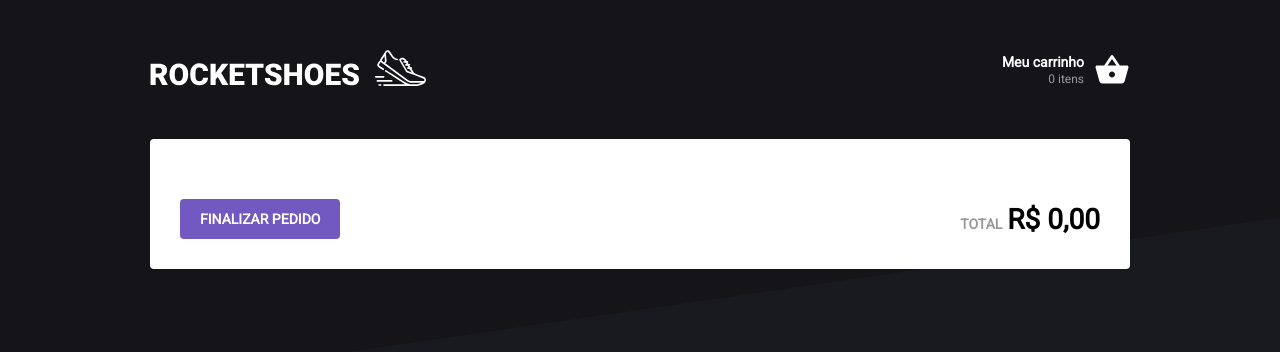
Repository: getbrandao/desafio01-hook
Page: /cart
An editor plug-in stored every save of this project. The page is shown before and after the next save, followed by the edit.
The browser window is 1280 px wide. The pictures show the whole page.
The project was rebuilt for these pictures with package versions that can differ from the ones it lists, and the page was loaded fresh each time. Also part of the build but not shown: src/pages/Home/styles.ts, src/pages/Home/index.tsx.

Above is the page before, as saved 2021-12-04 11:47:09.

### src/components/Header/index.tsx
import React from 'react';
import { Link } from 'react-router-dom';
import { MdShoppingBasket } from 'react-icons/md';

import logo from '../../assets/images/logo.svg';
import { Container, Cart } from './styles';
import { useCart } from '../../hooks/useCart';

const Header = (): JSX.Element => {
  const { cart } = useCart();
  const cartSize = cart.length;

  return (
    <Container>
      <Link to="/">
        <img src={logo} alt="Rocketshoes" />
      </Link>

      <Cart to="/cart">
        <div>
          <strong>Meu carrinho</strong>
          <span data-testid="cart-size">
            {cartSize === 1 ? `${cartSize} item` : `${cartSize} itens`}
          </span>
        </div>
        <MdShoppingBasket size={36} color="#FFF" />
      </Cart>
    </Container>
  );
};

export default Header;

### src/hooks/useCart.tsx
import { createContext, ReactNode, useContext, useState } from 'react';
import { toast } from 'react-toastify';
import { api } from '../services/api';
import { Product, Stock } from '../types';

interface CartProviderProps {
  children: ReactNode;
}

interface UpdateProductAmount {
  productId: number;
  amount: number;
}

interface CartContextData {
  cart: Product[];
  addProduct: (productId: number) => Promise<void>;
  removeProduct: (productId: number) => void;
  updateProductAmount: ({ productId, amount }: UpdateProductAmount) => void;
}

const CartContext = createContext<CartContextData>({} as CartContextData);

export function CartProvider({ children }: CartProviderProps): JSX.Element {
  const [cart, setCart] = useState<Product[]>(() => {
    const storagedCart = localStorage.getItem('@RocketShoes:cart')

    if (storagedCart) {
      return JSON.parse(storagedCart);
    }

    return [];
  });

  const addProduct = async (productId: number) => {
    try {
      const productsCart = [...cart];

      const getProductStock = await api.get(`/stock/${productId}`);
      const amountStock = getProductStock?.data.amount;

      const productExists = productsCart.find((product) => product.id === productId);
      const amountProductStock = productExists ? productExists.amount : 0;
      const totalAmount = amountProductStock + 1;

      if (amountStock < totalAmount) {
        toast.error('Quantidade solicitada fora de estoque');
        return
      }

      productExists ? productExists.amount = totalAmount : await api.get(`/products/${productId}`).then((res) => {
        const addProduct = { ...res.data, amount: 1 };
        productsCart.push(addProduct);
      });

      localStorage.setItem('@RocketShoes:cart', JSON.stringify(productsCart));
      setCart(productsCart);
    } catch {
      toast.error('Erro na adição do produto');
    }
  };

  const removeProduct = (productId: number) => {
    try {
      const productExists = cart.find((product) => product.id === productId);
      if (productExists) {
        const removeProduct = cart.filter((product) => product.id !== productId);
        localStorage.setItem('@RocketShoes:cart', JSON.stringify(removeProduct));
        setCart(removeProduct);
        return;
      }
      throw Error();
    } catch {
      toast.error('Erro na remoção do produto');
    }
  };

  const updateProductAmount = async ({
    productId,
    amount,
  }: UpdateProductAmount) => {
    try {
      if (amount <=0) return

      const getProductStock = await api.get(`/stock/${productId}`);
      const amountStock = getProductStock?.data.amount;

      if (amountStock < amount) {
        toast.error('Quantidade solicitada fora de estoque');
        return
      }

      const productsCart = [...cart];
      const productExists = productsCart.find((product) => product.id === productId);

      if(productExists) {
        productExists.amount = amount;
        localStorage.setItem('@RocketShoes:cart', JSON.stringify(productsCart))
        setCart(productsCart);
        return
      }
      throw Error();
    } catch {
      toast.error('Erro na alteração de quantidade do produto');
    }
  };

  return (
    <CartContext.Provider
      value={{ cart, addProduct, removeProduct, updateProductAmount }}
    >
      {children}
    </CartContext.Provider>
  );
}

export function useCart(): CartContextData {
  const context = useContext(CartContext);

  return context;
}

### src/pages/Cart/index.tsx
import React from 'react';
import {
  MdDelete,
  MdAddCircleOutline,
  MdRemoveCircleOutline,
} from 'react-icons/md';

import { useCart } from '../../hooks/useCart';
import { formatPrice } from '../../util/format';
import { Container, ProductTable, Total } from './styles';

interface Product {
  id: number;
  title: string;
  price: number;
  image: string;
  amount: number;
}

const Cart = (): JSX.Element => {
  const { cart, removeProduct, updateProductAmount } = useCart();

  const total =
    formatPrice(
      cart.reduce((sumTotal, product) => {
        return sumTotal + (product.amount * product.price)
      }, 0)
    )

  function handleProductIncrement(product: Product) {
    updateProductAmount({ productId: product.id, amount: product.amount+1})
  }

  function handleProductDecrement(product: Product) {
updateProductAmount({ productId: product.id, amount: product.amount-1})
  }

  function handleRemoveProduct(productId: number) {
    removeProduct(productId)
  }

  return (
    <Container>
      <ProductTable>
        {cart.map(product => (
          <>
            <thead>
              <tr>
                <th aria-label="product image" />
                <th>PRODUTO</th>
                <th>QTD</th>
                <th>SUBTOTAL</th>
                <th aria-label="delete icon" />
              </tr>
            </thead>
            <tbody>
              <tr data-testid="product" key={product.id}>
                <td>
                  <img src={product.image} alt={product.title} />
                </td>
                <td>
                  <strong>{product.title}</strong>
                  <span>{formatPrice(product.price)}</span>
                </td>
                <td>
                  <div>
                    <button
                      type="button"
                      data-testid="decrement-product"
                      disabled={product.amount <= 1}
                      onClick={() => handleProductDecrement(product)}
                    >
                      <MdRemoveCircleOutline size={20} />
                    </button>
                    <input
                      type="text"
                      data-testid="product-amount"
                      readOnly
                      value={product.amount}
                    />
                    <button
                      type="button"
                      data-testid="increment-product"
                      onClick={() => handleProductIncrement(product)}
                    >
                      <MdAddCircleOutline size={20} />
                    </button>
                  </div>
                </td>
                <td>
                  <strong>{formatPrice(product.price * product.amount)}</strong>
                </td>
                <td>
                  <button
                    type="button"
                    data-testid="remove-product"
                    onClick={() => handleRemoveProduct(product.id)}
                  >
                    <MdDelete size={20} />
                  </button>
                </td>
              </tr>
            </tbody>
          </>
        ))}
      </ProductTable>

      <footer>
        <button type="button">Finalizar pedido</button>

        <Total>
          <span>TOTAL</span>
          <strong>{total}</strong>
        </Total>
      </footer>
    </Container>
  );
};

export default Cart;

Loaded but not shown: public/index.html (common file); src/index.tsx (common file); src/App.tsx (common file); src/reportWebVitals.ts (common file); src/routes.tsx (common file); src/styles/global.ts (common file); src/components/Header/styles.ts (common file); src/services/api.ts (common file); src/util/format.ts (common file); src/pages/Cart/styles.ts (common file)

After the next save:
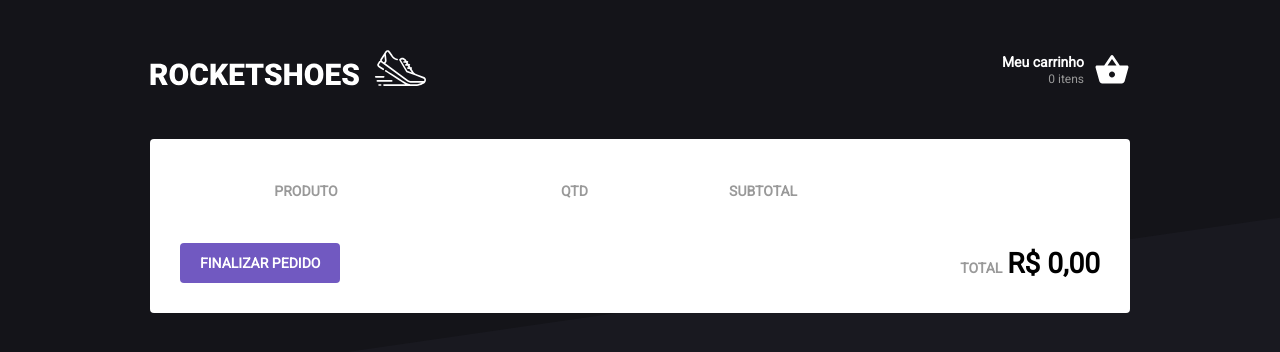
Saved 112 s later.
--- a/src/pages/Cart/index.tsx
+++ b/src/pages/Cart/index.tsx
@@ -42,8 +42,6 @@ updateProductAmount({ productId: product.id, amount: product.amount-1})
   return (
     <Container>
       <ProductTable>
-        {cart.map(product => (
-          <>
             <thead>
               <tr>
                 <th aria-label="product image" />
@@ -54,55 +52,55 @@ updateProductAmount({ productId: product.id, amount: product.amount-1})
               </tr>
             </thead>
             <tbody>
-              <tr data-testid="product" key={product.id}>
-                <td>
-                  <img src={product.image} alt={product.title} />
-                </td>
-                <td>
-                  <strong>{product.title}</strong>
-                  <span>{formatPrice(product.price)}</span>
-                </td>
-                <td>
-                  <div>
+              {cart.map(product => (
+                <tr data-testid="product" key={product.id}>
+                  <td>
+                    <img src={product.image} alt={product.title} />
+                  </td>
+                  <td>
+                    <strong>{product.title}</strong>
+                    <span>{formatPrice(product.price)}</span>
+                  </td>
+                  <td>
+                    <div>
+                      <button
+                        type="button"
+                        data-testid="decrement-product"
+                        disabled={product.amount <= 1}
+                        onClick={() => handleProductDecrement(product)}
+                      >
+                        <MdRemoveCircleOutline size={20} />
+                      </button>
+                      <input
+                        type="text"
+                        data-testid="product-amount"
+                        readOnly
+                        value={product.amount}
+                      />
+                      <button
+                        type="button"
+                        data-testid="increment-product"
+                        onClick={() => handleProductIncrement(product)}
+                      >
+                        <MdAddCircleOutline size={20} />
+                      </button>
+                    </div>
+                  </td>
+                  <td>
+                    <strong>{formatPrice(product.price * product.amount)}</strong>
+                  </td>
+                  <td>
                     <button
                       type="button"
-                      data-testid="decrement-product"
-                      disabled={product.amount <= 1}
-                      onClick={() => handleProductDecrement(product)}
+                      data-testid="remove-product"
+                      onClick={() => handleRemoveProduct(product.id)}
                     >
-                      <MdRemoveCircleOutline size={20} />
+                      <MdDelete size={20} />
                     </button>
-                    <input
-                      type="text"
-                      data-testid="product-amount"
-                      readOnly
-                      value={product.amount}
-                    />
-                    <button
-                      type="button"
-                      data-testid="increment-product"
-                      onClick={() => handleProductIncrement(product)}
-                    >
-                      <MdAddCircleOutline size={20} />
-                    </button>
-                  </div>
-                </td>
-                <td>
-                  <strong>{formatPrice(product.price * product.amount)}</strong>
-                </td>
-                <td>
-                  <button
-                    type="button"
-                    data-testid="remove-product"
-                    onClick={() => handleRemoveProduct(product.id)}
-                  >
-                    <MdDelete size={20} />
-                  </button>
-                </td>
-              </tr>
+                  </td>
+                </tr>
+              ))}
             </tbody>
-          </>
-        ))}
       </ProductTable>
 
       <footer>
